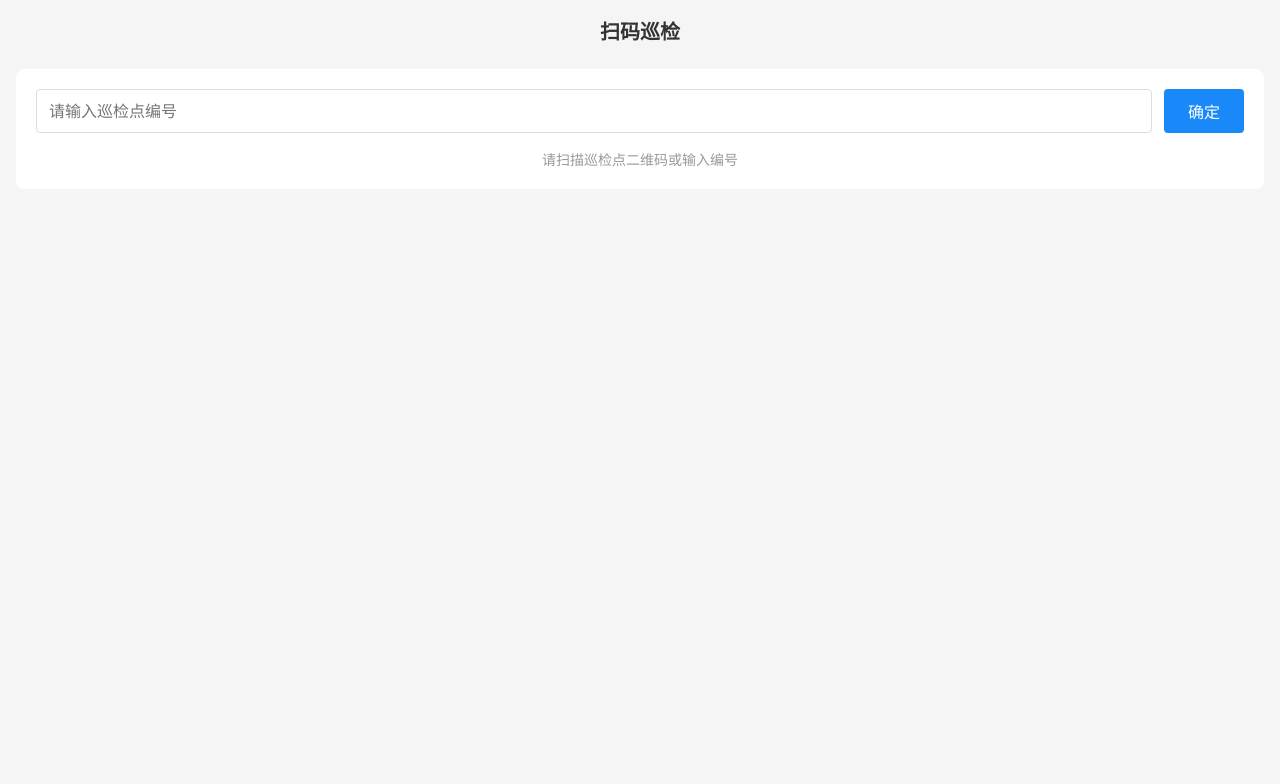
Repository: andyzheung/check-app
Page: /scan (app in App/web/)
An editor plug-in stored every save of this project. The page is shown before and after the next save, followed by the edit.
The browser window is 1280 px wide. The pictures show the whole page.
The project was rebuilt for these pictures with package versions that can differ from the ones it lists, and the page was loaded fresh each time. Also part of the build but not shown: App/web/vite.config.js, App/web/src/api/record.js, App/web/src/views/RecordEdit.vue, App/web/src/views/InspectionForm.vue.

Above is the page before, as saved 2025-05-23 00:54:34.

### App/web/index.html
<!DOCTYPE html>
<html lang="zh-CN">
<head>
  <meta charset="UTF-8" />
  <meta name="viewport" content="width=device-width, initial-scale=1, maximum-scale=1, user-scalable=no" />
  <title>巡检系统</title>
</head>
<body>
  <div id="app"></div>
  <script type="module" src="/src/main.js"></script>
</body>
</html>

### App/web/src/App.vue
<template>
  <router-view />
</template>

<script setup>
</script>

<style>
body {
  margin: 0;
  font-family: 'PingFang SC', 'Microsoft YaHei', Arial, sans-serif;
  background: #f7f7f7;
  -webkit-font-smoothing: antialiased;
  -moz-osx-font-smoothing: grayscale;
}

#app {
  width: 100%;
  height: 100vh;
}
</style>

### App/web/src/assets/css/common.css
@import url('https://fonts.googleapis.com/icon?family=Material+Icons');
@import url('../icons/material-icons.css');

/* 公共样式 */
:root {
    --primary-color: #2196F3;
    --success-color: #4CAF50;
    --error-color: #F44336;
    --background-color: #F5F5F5;
    --text-color: #333333;
    --card-background: #FFFFFF;
}

* {
    margin: 0;
    padding: 0;
    box-sizing: border-box;
    font-family: 'Roboto', sans-serif;
}

html {
    font-size: 16px;
}

body {
    min-height: 100vh;
    background-color: var(--background-color);
    color: var(--text-color);
    padding-bottom: 64px; /* 预留底部导航栏空间 */
}

/* 底部导航样式 */
.bottom-nav {
    position: fixed;
    left: 0;
    right: 0;
    bottom: 0;
    width: 100vw;
    z-index: 100;
    padding-bottom: env(safe-area-inset-bottom);
    height: 56px;
    box-shadow: 0 -2px 10px rgba(0,0,0,0.05);
    background: #fff;
    display: flex;
    justify-content: space-around;
    align-items: center;
}

.nav-item {
    display: flex;
    flex-direction: column;
    align-items: center;
    color: #666;
    text-decoration: none;
}

.nav-item.active {
    color: var(--primary-color);
}

/* 返回按钮样式 */
.back-button {
    color: inherit;
    text-decoration: none;
    display: flex;
    align-items: center;
}

/* 卡片样式 */
.card {
    background-color: var(--card-background);
    border-radius: 8px;
    padding: 15px;
    margin-bottom: 15px;
    box-shadow: 0 2px 4px rgba(0,0,0,0.1);
}

/* 按钮样式 */
.button {
    padding: 12px 20px;
    border: none;
    border-radius: 4px;
    font-size: 16px;
    cursor: pointer;
    background-color: var(--primary-color);
    color: white;
    width: 100%;
}

/* 输入框样式 */
.input-field {
    width: 100%;
    padding: 12px;
    border: 1px solid #ddd;
    border-radius: 4px;
    font-size: 16px;
    margin-bottom: 15px;
}

/* 状态标签样式 */
.status-normal {
    background-color: var(--success-color);
    color: white;
    padding: 4px 8px;
    border-radius: 4px;
    font-size: 14px;
}

.status-abnormal {
    background-color: var(--error-color);
    color: white;
    padding: 4px 8px;
    border-radius: 4px;
    font-size: 14px;
}

### App/web/src/views/Login.vue
<template>
  <div class="login-container">
    <div class="login-logo">巡检<br />App</div>
    <form class="login-form" @submit.prevent="doLogin">
      <div class="input-group">
        <input
          class="input-field"
          v-model="username"
          placeholder="请输入AD账号"
        />
      </div>
      <div class="input-group">
        <input
          class="input-field"
          v-model="password"
          type="password"
          placeholder="请输入密码"
        />
      </div>
      <div class="remember-password">
        <label class="checkbox-container">
          <input type="checkbox" v-model="remember" />
          <span class="checkmark"></span>
          记住密码
        </label>
      </div>
      <button class="login-button" type="submit">登录</button>
      <div v-if="errorMsg" class="error">{{ errorMsg }}</div>
      <div class="default-tip">默认账号：admin / 密码：123456</div>
    </form>
  </div>
</template>

<script setup>
import { ref, onMounted } from 'vue'
import { useRouter } from 'vue-router'
import { login } from '@/api/auth'

const username = ref('')
const password = ref('')
const remember = ref(false)
const errorMsg = ref('')
const router = useRouter()

onMounted(() => {
  const saved = localStorage.getItem('loginInfo')
  if (saved) {
    const { username: u, password: p } = JSON.parse(saved)
    username.value = u
    password.value = p
    remember.value = true
  }
})

async function doLogin() {
  errorMsg.value = ''
  const res = await login(username.value, password.value)
  if (res.success) {
    if (remember.value) {
      localStorage.setItem(
        'loginInfo',
        JSON.stringify({ username: username.value, password: password.value })
      )
    } else {
      localStorage.removeItem('loginInfo')
    }
    router.push('/scan')
  } else {
    errorMsg.value = res.message
  }
}
</script>

<style src="@/assets/css/login.css"></style>

### App/web/src/views/Home.vue
<template>
  <div class="main-container">
    <div class="content-area">
      <div class="card task-card">
        <div class="card-title">今日巡检任务</div>
        <div class="card-desc">待完成任务：3</div>
        <div class="card-desc">已完成任务：2</div>
      </div>
      <div class="card area-card">
        <div class="card-title">巡检区域</div>
        <div class="card-desc">A区机房</div>
        <div class="card-desc">B区机房</div>
      </div>
      <div class="scan-btn-section">
        <button class="scan-round-btn" @click="router.push('/scan')">
          <span class="material-icons">photo_camera</span>
        </button>
        <div class="scan-btn-label">扫码开始巡检</div>
      </div>
    </div>
    <div class="bottom-nav">
      <a :class="['nav-item', $route.path === '/home' ? 'active' : '']" @click.prevent="router.push('/home')">
        <span style="font-size: 22px;">📷</span>
        <span>巡检</span>
      </a>
      <a :class="['nav-item', $route.path === '/records' ? 'active' : '']" @click.prevent="router.push('/records')">
        <span style="font-size: 22px;">📜</span>
        <span>记录</span>
      </a>
      <a :class="['nav-item', $route.path === '/profile' ? 'active' : '']" @click.prevent="router.push('/profile')">
        <span style="font-size: 22px;">👤</span>
        <span>我的</span>
      </a>
    </div>
  </div>
</template>

<script setup>
import { useRouter } from 'vue-router'
const router = useRouter()
</script>

<style scoped>
@import url('@/assets/css/common.css');
@import url('@/assets/css/main.css');
</style>

### App/web/src/views/Scan.vue
<template>
  <div class="scan-container">
    <div class="scan-header">
      <h2>扫码巡检</h2>
    </div>
    <div class="scan-content">
      <div class="input-group">
        <input
          type="text"
          v-model="code"
          placeholder="请输入巡检点编号"
          @keyup.enter="handleCode"
        />
        <button @click="handleCode">确定</button>
      </div>
      <div class="scan-tip">
        <p>请扫描巡检点二维码或输入编号</p>
      </div>
    </div>
  </div>
</template>

<script setup>
import { ref } from 'vue'
import { useRouter } from 'vue-router'

const router = useRouter()
const code = ref('')

function handleCode() {
  if (!code.value) {
    window.alert('请输入巡检点编号')
    return
  }
  router.push({
    path: '/inspection-form',
    query: { code: code.value }
  })
}
</script>

<style scoped>
.scan-container {
  padding: 16px;
  min-height: 100vh;
  background: #f5f5f5;
}

.scan-header {
  text-align: center;
  margin-bottom: 24px;
}

.scan-header h2 {
  font-size: 20px;
  color: #333;
  margin: 0;
}

.scan-content {
  background: #fff;
  border-radius: 8px;
  padding: 20px;
}

.input-group {
  display: flex;
  gap: 12px;
  margin-bottom: 16px;
}

.input-group input {
  flex: 1;
  height: 44px;
  padding: 0 12px;
  border: 1px solid #ddd;
  border-radius: 4px;
  font-size: 16px;
}

.input-group button {
  width: 80px;
  background: #1989fa;
  color: #fff;
  border: none;
  border-radius: 4px;
  font-size: 16px;
}

.scan-tip {
  text-align: center;
  color: #999;
  font-size: 14px;
}
</style>

### App/web/src/views/Profile.vue
<template>
  <div class="profile-container">
    <div class="profile-topbar">个人中心</div>
    <div class="profile-content-wrapper">
      <div class="profile-card">
        <div class="profile-avatar">张</div>
        <div class="profile-info-block">
          <div class="profile-name">张三</div>
          <div class="profile-meta">工号：10086</div>
          <div class="profile-meta">部门：运维部</div>
        </div>
      </div>
      <div class="menu-list">
        <div class="menu-item">
          <span class="menu-icon"><span class="material-icons">person</span></span>
          <span class="menu-label">个人信息</span>
          <span class="material-icons">chevron_right</span>
        </div>
        <div class="menu-item">
          <span class="menu-icon"><span class="material-icons">notifications</span></span>
          <span class="menu-label">消息通知</span>
          <span class="material-icons">chevron_right</span>
        </div>
        <div class="menu-item">
          <span class="menu-icon"><span class="material-icons">info</span></span>
          <span class="menu-label">关于</span>
          <span class="material-icons">chevron_right</span>
        </div>
      </div>
      <div class="logout-button highlight" @click="logout">退出登录</div>
    </div>
    <div style="height:40px;"></div>
    <div class="bottom-nav">
      <a :class="['nav-item', $route.path === '/scan' ? 'active' : '']" @click.prevent="router.push('/scan')">
        <span style="font-size: 22px;">📷</span>
        <span>巡检</span>
      </a>
      <a :class="['nav-item', $route.path === '/records' ? 'active' : '']" @click.prevent="router.push('/records')">
        <span style="font-size: 22px;">📜</span>
        <span>记录</span>
      </a>
      <a :class="['nav-item', $route.path === '/profile' ? 'active' : '']" @click.prevent="router.push('/profile')">
        <span style="font-size: 22px;">👤</span>
        <span>我的</span>
      </a>
    </div>
  </div>
</template>

<script setup>
import { useRouter } from 'vue-router'
import request from '@/utils/request'
const router = useRouter()
const logout = async () => {
  // 可选：调用后端接口
  try { await request.post('/logout') } catch(e) {}
  localStorage.removeItem('token')
  localStorage.removeItem('loginInfo')
  localStorage.removeItem('user')
  router.push('/login')
}
</script>

<style>
@import url('@/assets/css/common.css');
@import url('@/assets/css/profile.css');
</style>

### App/web/src/assets/icons/material-icons.css
@font-face {
  font-family: 'Material Icons';
  font-style: normal;
  font-weight: 400;
  src: url('./MaterialIcons-Regular.woff2') format('woff2'),
       url('./MaterialIcons-Regular.woff') format('woff'),
       url('./MaterialIcons-Regular.ttf') format('truetype');
}

.material-icons {
  font-family: 'Material Icons';
  font-weight: normal;
  font-style: normal;
  font-size: 24px;
  line-height: 1;
  letter-spacing: normal;
  text-transform: none;
  display: inline-block;
  white-space: nowrap;
  direction: ltr;
  -webkit-font-feature-settings: 'liga';
  -webkit-font-smoothing: antialiased;
}

### App/web/src/assets/css/login.css
/* 登录页面样式 */
.login-container {
    height: 100vh;
    display: flex;
    flex-direction: column;
    align-items: center;
    justify-content: center;
    padding: 20px;
    background-color: #f7f7f7;
}

.login-logo {
    width: 120px;
    height: 100px;
    background-color: var(--primary-color);
    border-radius: 25px;
    margin-bottom: 50px;
    display: flex;
    align-items: center;
    justify-content: center;
    color: white;
    font-size: 24px;
    font-weight: 500;
    box-shadow: 0 8px 16px rgba(0, 0, 0, 0.1);
    padding: 0 15px;
    text-align: center;
    line-height: 1.2;
}

.login-form {
    width: 100%;
    max-width: 320px;
    background-color: white;
    padding: 30px;
    border-radius: 16px;
    box-shadow: 0 4px 12px rgba(0, 0, 0, 0.05);
}

.input-group {
    margin-bottom: 20px;
}

.input-field {
    width: 100%;
    padding: 15px;
    border: 1px solid #e5e5e5;
    border-radius: 12px;
    font-size: 16px;
    transition: all 0.3s ease;
    background-color: #f7f7f7;
}

.input-field:focus {
    outline: none;
    border-color: var(--primary-color);
    background-color: white;
    box-shadow: 0 0 0 2px rgba(0, 122, 255, 0.1);
}

.remember-password {
    margin-bottom: 25px;
}

.checkbox-container {
    display: flex;
    align-items: center;
    cursor: pointer;
    font-size: 15px;
    color: #666;
    user-select: none;
}

.checkbox-container input {
    position: absolute;
    opacity: 0;
    cursor: pointer;
    height: 0;
    width: 0;
}

.checkmark {
    position: relative;
    height: 20px;
    width: 20px;
    background-color: #f7f7f7;
    border: 1.5px solid #ddd;
    border-radius: 6px;
    margin-right: 10px;
    transition: all 0.2s ease;
}

.checkbox-container:hover input ~ .checkmark {
    border-color: var(--primary-color);
    background-color: rgba(0, 122, 255, 0.05);
}

.checkbox-container input:checked ~ .checkmark {
    background-color: var(--primary-color);
    border-color: var(--primary-color);
}

.checkmark:after {
    content: "";
    position: absolute;
    display: none;
}

.checkbox-container input:checked ~ .checkmark:after {
    display: block;
}

.checkbox-container .checkmark:after {
    left: 6px;
    top: 2px;
    width: 5px;
    height: 10px;
    border: solid white;
    border-width: 0 2px 2px 0;
    transform: rotate(45deg);
}

.login-button {
    width: 100%;
    padding: 15px;
    background-color: var(--primary-color);
    color: white;
    border: none;
    border-radius: 12px;
    font-size: 17px;
    font-weight: 500;
    cursor: pointer;
    transition: all 0.3s ease;
    box-shadow: 0 4px 12px rgba(0, 122, 255, 0.2);
}

.login-button:hover {
    transform: translateY(-1px);
    box-shadow: 0 6px 16px rgba(0, 122, 255, 0.3);
}

.login-button:active {
    transform: translateY(1px);
    box-shadow: 0 2px 8px rgba(0, 122, 255, 0.2);
}

### App/web/src/assets/css/records.css
/* 巡检记录页面样式 */
.records-container {
    min-height: 100vh;
    background: #f7f7f7;
    display: flex;
    flex-direction: column;
}

.records-header {
    background: var(--primary-color, #2196F3);
    color: #fff;
    padding: 24px 0 16px 0;
    text-align: center;
    position: relative;
}
.records-header h1 {
    font-size: 22px;
    font-weight: 700;
    margin: 0;
}
.role-switch {
    margin-top: 12px;
    display: flex;
    justify-content: center;
    gap: 12px;
}
.role-btn {
    background: #fff;
    color: var(--primary-color, #2196F3);
    border: none;
    border-radius: 18px;
    padding: 6px 18px;
    font-size: 15px;
    font-weight: 500;
    cursor: pointer;
    transition: background 0.2s, color 0.2s;
}
.role-btn.active {
    background: var(--primary-color, #2196F3);
    color: #fff;
    box-shadow: 0 2px 8px rgba(33,150,243,0.08);
}

.records-filter {
    display: flex;
    gap: 10px;
    align-items: center;
    background: #fff;
    padding: 14px 12px 8px 12px;
    border-radius: 12px;
    margin: 16px auto 0 auto;
    max-width: 420px;
    box-shadow: 0 2px 8px rgba(0,0,0,0.04);
    flex-wrap: wrap;
}
.filter-input {
    border: 1px solid #e0e0e0;
    border-radius: 8px;
    padding: 6px 10px;
    font-size: 14px;
    background: #fafbfc;
    outline: none;
    min-width: 90px;
}
.search-btn {
    background: var(--primary-color, #2196F3);
    color: #fff;
    border: none;
    border-radius: 8px;
    padding: 6px 12px;
    cursor: pointer;
    display: flex;
    align-items: center;
    transition: background 0.2s;
}
.search-btn .material-icons {
    font-size: 20px;
}

.records-content {
    display: flex;
    flex-direction: column;
    gap: 14px;
    margin: 18px auto 0 auto;
    max-width: 420px;
    width: 100%;
}
.record-card {
    background: #fff;
    border-radius: 14px;
    box-shadow: 0 2px 8px rgba(0,0,0,0.06);
    padding: 16px 18px;
    cursor: pointer;
    transition: box-shadow 0.2s;
    border: 1.5px solid #f0f0f0;
}
.record-card:hover {
    box-shadow: 0 4px 16px rgba(33,150,243,0.10);
}
.record-header {
    display: flex;
    align-items: center;
    justify-content: space-between;
    font-size: 16px;
    font-weight: 600;
    margin-bottom: 8px;
    gap: 10px;
}
.record-status {
    font-size: 15px;
    font-weight: 500;
    border-radius: 8px;
    padding: 2px 10px;
}
.status-normal {
    color: #43a047;
    background: #e8f5e9;
}
.status-abnormal {
    color: #e53935;
    background: #ffebee;
}
.record-inspector {
    font-size: 14px;
    color: #888;
    font-weight: 400;
    margin-left: 8px;
}
.record-info {
    display: flex;
    align-items: center;
    gap: 18px;
    font-size: 14px;
    color: #666;
}
.record-time {
    font-size: 14px;
    color: #666;
}

/* 底部导航栏复用common.css样式 */

### App/web/src/assets/css/profile.css
/* 个人中心页面样式 */
.profile-container {
    min-height: 100vh;
    background: #f7f7f7;
    display: flex;
    flex-direction: column;
    align-items: center;
}

.profile-topbar {
    width: 100vw;
    background: var(--primary-color, #2196F3);
    color: #fff;
    font-size: 22px;
    font-weight: 700;
    text-align: center;
    padding: 38px 0 24px 0;
    letter-spacing: 2px;
    box-sizing: border-box;
    position: relative;
    z-index: 1;
    margin-bottom: 18px;
}

.profile-content-wrapper {
    width: 100vw;
    display: flex;
    flex-direction: column;
    align-items: center;
}

.profile-card {
    width: 92vw;
    max-width: 440px;
    background: #fff;
    border-radius: 24px;
    box-shadow: 0 2px 16px rgba(0,0,0,0.10);
    margin: 0 auto 32px auto;
    display: flex;
    align-items: center;
    padding: 28px 28px 22px 28px;
    gap: 22px;
    position: relative;
    z-index: 2;
}

.profile-avatar {
    width: 84px;
    height: 84px;
    background: #e3f0fd;
    border: 3px solid #2196F3;
    border-radius: 50%;
    color: #2196F3;
    font-size: 36px;
    font-weight: 700;
    display: flex;
    align-items: center;
    justify-content: center;
    box-shadow: 0 2px 8px rgba(33,150,243,0.08);
}

.profile-info-block {
    display: flex;
    flex-direction: column;
    justify-content: center;
    gap: 2px;
}

.profile-name {
    font-size: 22px;
    font-weight: 700;
    color: #222;
}

.profile-meta {
    font-size: 16px;
    color: #666;
    margin-top: 2px;
}

.menu-list {
    width: 92vw;
    max-width: 440px;
    margin: 0 auto 0 auto;
    display: flex;
    flex-direction: column;
    gap: 22px;
}

.menu-item {
    background: #fff;
    border-radius: 16px;
    box-shadow: 0 2px 8px rgba(0,0,0,0.06);
    display: flex;
    align-items: center;
    padding: 0 22px 0 22px;
    height: 62px;
    font-size: 17px;
    font-weight: 500;
    color: #222;
    cursor: pointer;
    transition: box-shadow 0.2s;
    border: 1.5px solid #f0f0f0;
}

.menu-item:hover {
    box-shadow: 0 4px 16px rgba(33,150,243,0.10);
}

.menu-icon {
    margin-right: 16px;
    display: flex;
    align-items: center;
    font-size: 24px;
}

.menu-label {
    flex: 1;
    font-size: 17px;
    color: #222;
}

.menu-item .material-icons {
    font-size: 24px;
    color: #bbb;
}

.logout-button {
    width: 92vw;
    max-width: 440px;
    margin: 44px auto 0 auto;
    padding: 18px 0;
    background: #fff;
    color: #e53935;
    border: 2.5px solid #e53935;
    border-radius: 32px;
    font-size: 20px;
    font-weight: 700;
    text-align: center;
    cursor: pointer;
    transition: background 0.2s, color 0.2s;
    box-shadow: 0 2px 8px rgba(229,57,53,0.04);
}

.logout-button:hover {
    background: #e53935;
    color: #fff;
}

/* 底部导航栏复用common.css样式 */

Loaded but not shown: App/web/src/router.js (39 lines, source omitted); App/web/src/utils/request.js (40 lines, source omitted); App/web/src/api/inspection.js (39 lines, source omitted); App/web/src/api/auth.js (15 lines, source omitted); App/web/src/main.js (9 lines, source omitted); App/web/src/views/Records.vue (90 lines, source omitted); App/web/src/assets/css/main.css (156 lines, source omitted)

After the next save:
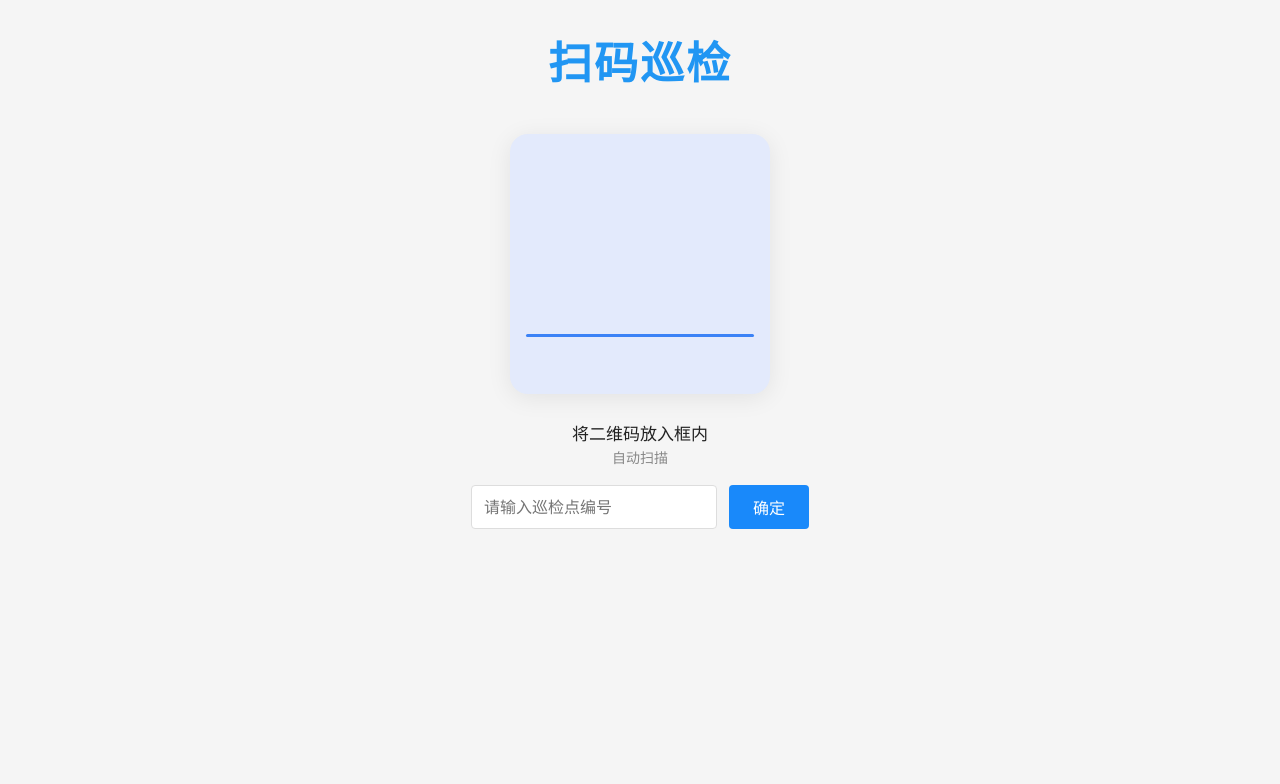
Saved 5 min 18 s later.
--- a/App/web/src/views/Scan.vue
+++ b/App/web/src/views/Scan.vue
@@ -1,20 +1,19 @@
 <template>
   <div class="scan-container">
     <div class="scan-header">
-      <h2>扫码巡检</h2>
+      <h1>扫码巡检</h1>
     </div>
-    <div class="scan-content">
-      <div class="input-group">
-        <input
-          type="text"
-          v-model="code"
-          placeholder="请输入巡检点编号"
-          @keyup.enter="handleCode"
-        />
-        <button @click="handleCode">确定</button>
+    <div class="scan-body">
+      <div class="scan-frame">
+        <div class="scan-line"></div>
       </div>
       <div class="scan-tip">
-        <p>请扫描巡检点二维码或输入编号</p>
+        <div class="tip-main">将二维码放入框内</div>
+        <div class="tip-sub">自动扫描</div>
+      </div>
+      <div class="input-group">
+        <input type="text" v-model="code" placeholder="请输入巡检点编号" @keyup.enter="handleCode" />
+        <button @click="handleCode">确定</button>
       </div>
     </div>
   </div>
@@ -41,32 +40,76 @@ function handleCode() {
 
 <style scoped>
 .scan-container {
-  padding: 16px;
   min-height: 100vh;
   background: #f5f5f5;
 }
 
 .scan-header {
+  padding: 28px 0 18px 0;
   text-align: center;
-  margin-bottom: 24px;
+  font-size: 22px;
+  font-weight: 700;
+  color: var(--primary-color, #2196F3);
+  letter-spacing: 2px;
 }
 
-.scan-header h2 {
-  font-size: 20px;
-  color: #333;
-  margin: 0;
+.scan-body {
+  display: flex;
+  flex-direction: column;
+  align-items: center;
+  margin-top: 24px;
 }
 
-.scan-content {
-  background: #fff;
-  border-radius: 8px;
-  padding: 20px;
+.scan-frame {
+  width: 260px;
+  height: 260px;
+  background: #e3eafc;
+  border-radius: 18px;
+  margin-bottom: 18px;
+  position: relative;
+  box-shadow: 0 4px 24px rgba(0,0,0,0.08);
+  display: flex;
+  align-items: center;
+  justify-content: center;
+}
+
+.scan-line {
+  position: absolute;
+  left: 16px;
+  right: 16px;
+  height: 3px;
+  background-color: #3b82f6;
+  top: 60px;
+  border-radius: 2px;
+  animation: scan 2s linear infinite;
+}
+
+@keyframes scan {
+  0% { top: 60px; }
+  50% { top: 200px; }
+  100% { top: 60px; }
+}
+
+.scan-tip {
+  margin-top: 8px;
+  text-align: center;
+}
+
+.tip-main {
+  font-size: 17px;
+  color: #222;
+  margin-bottom: 2px;
+}
+
+.tip-sub {
+  font-size: 14px;
+  color: #888;
 }
 
 .input-group {
   display: flex;
   gap: 12px;
-  margin-bottom: 16px;
+  margin-top: 18px;
 }
 
 .input-group input {
@@ -86,10 +129,4 @@ function handleCode() {
   border-radius: 4px;
   font-size: 16px;
 }
-
-.scan-tip {
-  text-align: center;
-  color: #999;
-  font-size: 14px;
-}
 </style>
